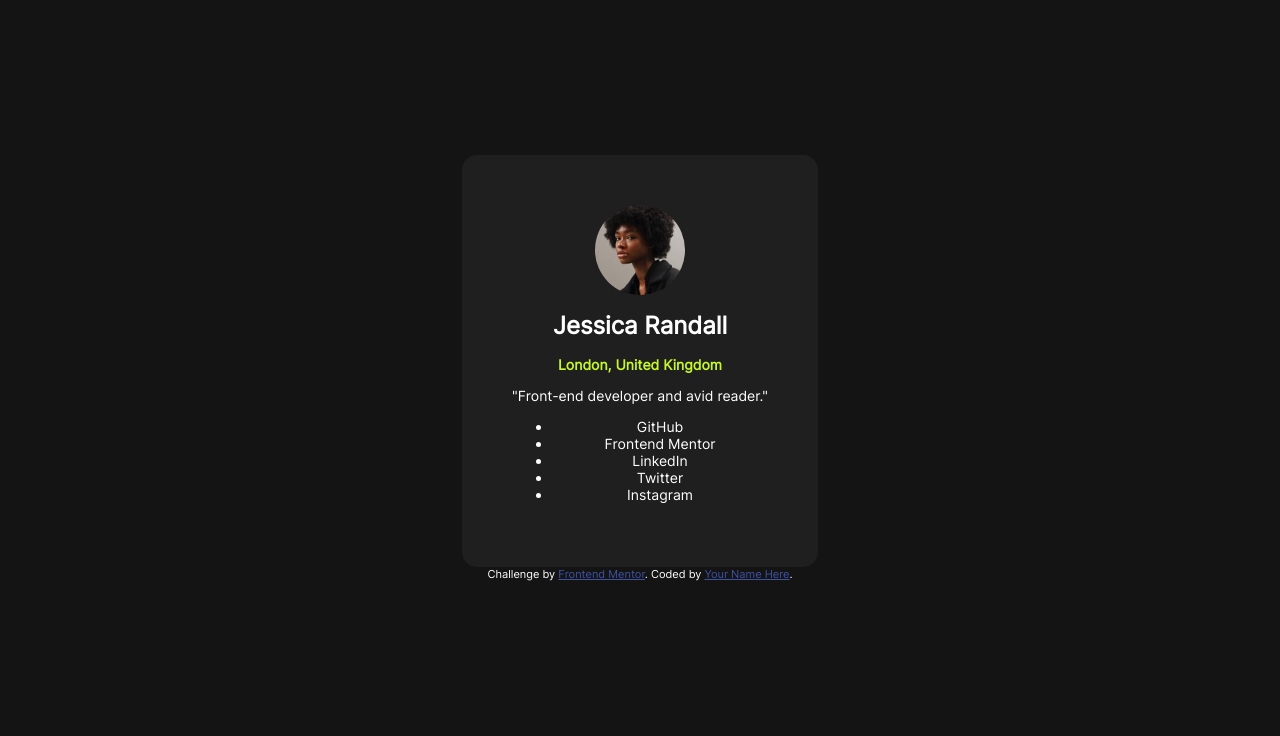
Repository: RudyJ/social-links-profile
Page: index.html
These files come from the project's save history. The page is drawn as it stood at one moment and after the next save; the edit follows.
The browser window is 1280 px wide. The pictures show the whole page.

Above is the page before, as saved 2024-04-02 19:49:07.

### index.html
<!DOCTYPE html>
<html lang="en">
<head>
  <meta charset="UTF-8">
  <meta name="viewport" content="width=device-width, initial-scale=1.0"> <!-- displays site properly based on user's device -->

  <link rel="icon" type="image/png" sizes="32x32" href="./assets/images/favicon-32x32.png">

  <title>Frontend Mentor | Social links profile</title>

  <link rel="stylesheet" href="./assets/css/style.css" />
  <!-- Feel free to remove these styles or customise in your own stylesheet 👍 -->
  <style>
    .attribution { font-size: 11px; text-align: center; }
    .attribution a { color: hsl(228, 45%, 44%); }
  </style>
</head>
<body>

  <div class="card">
    <div class="imagem">
      <img src="./assets/images/avatar-jessica.jpeg" />
    </div>
    <h1>Jessica Randall</h1>
    <h2>London, United Kingdom</h2>
    <p>"Front-end developer and avid reader."</p>
    <ul>
      <li>GitHub</li>
      <li>Frontend Mentor</li>
      <li>LinkedIn</li>
      <li>Twitter</li>
      <li>Instagram</li>
    </ul>
  </div>

  <div class="attribution">
    Challenge by <a href="https://www.frontendmentor.io?ref=challenge" target="_blank">Frontend Mentor</a>.
    Coded by <a href="#">Your Name Here</a>.
  </div>
</body>
</html>

### assets/css/style.css
@font-face {
    font-family: 'Inter';
    src: url('../fonts/static/Inter-Regular.ttf');
    font-weight: 400;
}


body {
    background-color: hsl(0, 0%, 8%);
    color: hsl(0, 0%, 100%);
    display: flex;
    flex-direction: column;
    align-items: center;
    justify-content: center;
    height: 100vh;
    overflow: hidden;
    font-family: 'Inter';
    font-weight: 400;
    font-size: 14px;
}


body .card {
    background-color: hsl(0, 0%, 12%);
    padding:  50px;
    box-sizing: border-box;
    border-radius: 15px;
    text-align: center;
}

body .card .imagem {
    width: 35%;
    border-radius: 50%;
    overflow: hidden;
    display: block;
    margin: auto;
}

body .card .imagem img {
    width: 100%;
    display: block;
}


body .card h1 {
    font-size: 24px;
}
body .card h2 {
    color: hsl(75, 94%, 57%);
    font-size: 14px;
}
body .card p {
    font-size: 14px;
}

After the next save:
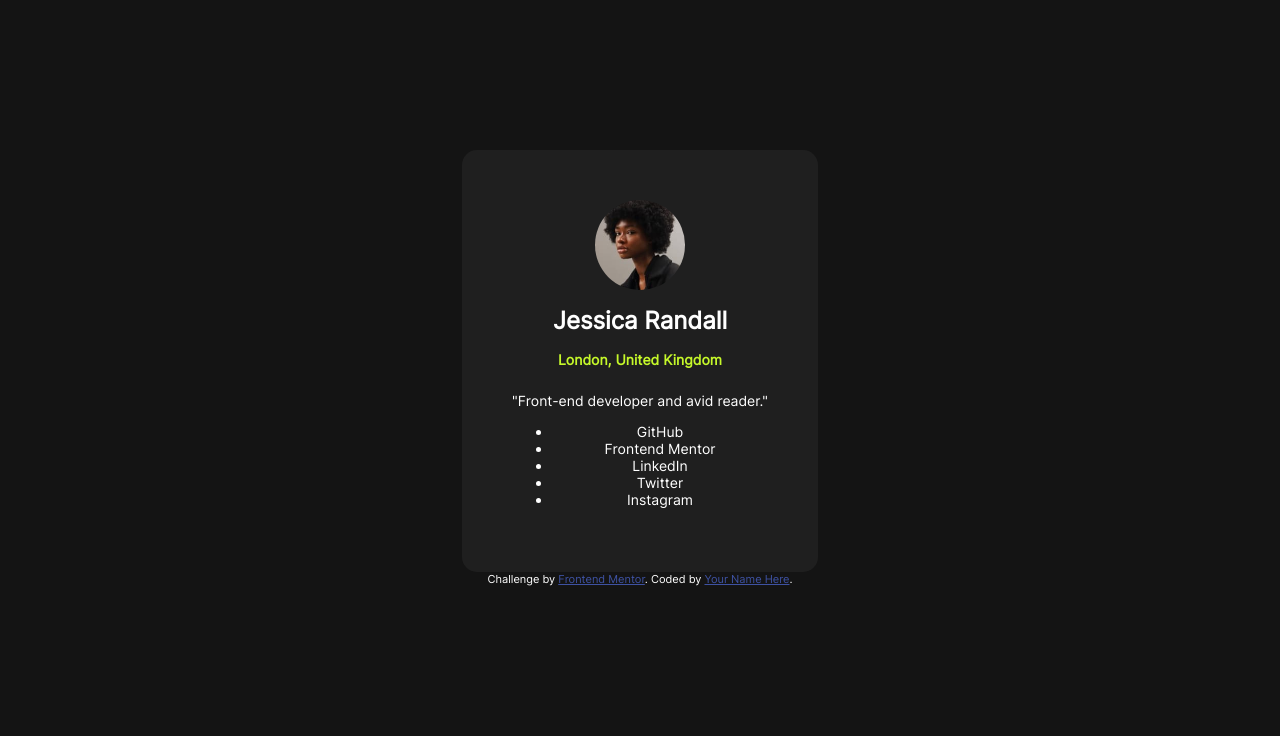
Saved 2 min 19 s later.
--- a/assets/css/style.css
+++ b/assets/css/style.css
@@ -48,6 +48,7 @@ body .card h1 {
 body .card h2 {
     color: hsl(75, 94%, 57%);
     font-size: 14px;
+    margin-bottom: 24px;
 }
 body .card p {
     font-size: 14px;
